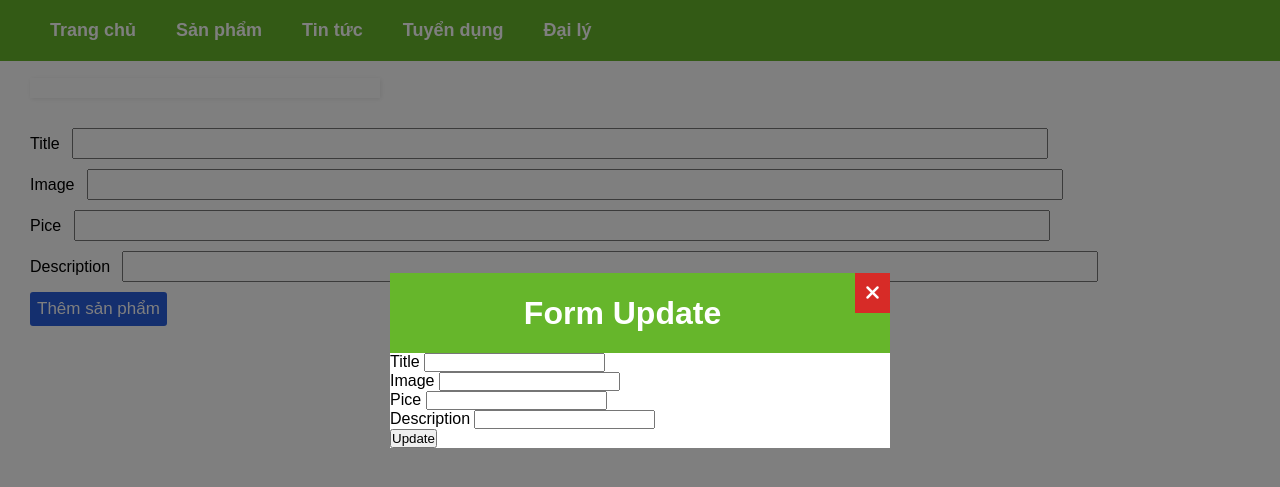
Repository: Ngoc28/CURD_HTML-CSS_JS_JSON
Page: index.html
The author's editor kept a copy of each file at every save. The page is drawn from the files as they stood at one save, then again after the next save.
The browser window is 1280 px wide. The pictures show the whole page.
The pointer rests on the first visible `.modal .update-icon`.
The page's requests for data from a server got no answer.

Above is the page before, as saved 2023-04-11 09:44:22.

After the next save:
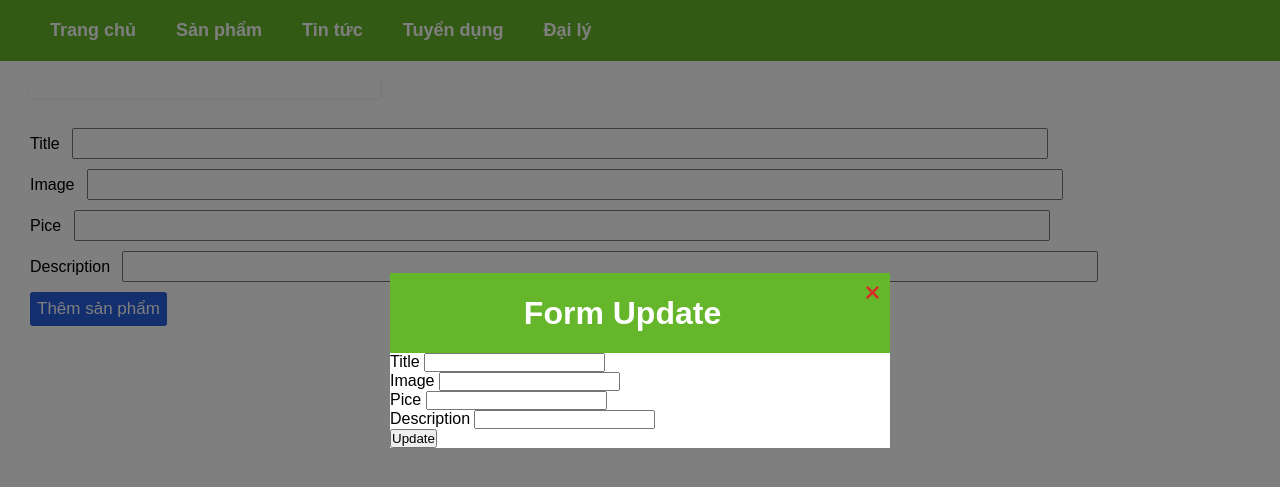
Saved 13 s later.
--- a/asset/css/style.css
+++ b/asset/css/style.css
@@ -208,5 +208,5 @@ body {
 }
 
 .modal .update-icon:hover {
-    background-color: #d72b27;
-}
+    color: #d72b27;
+}
